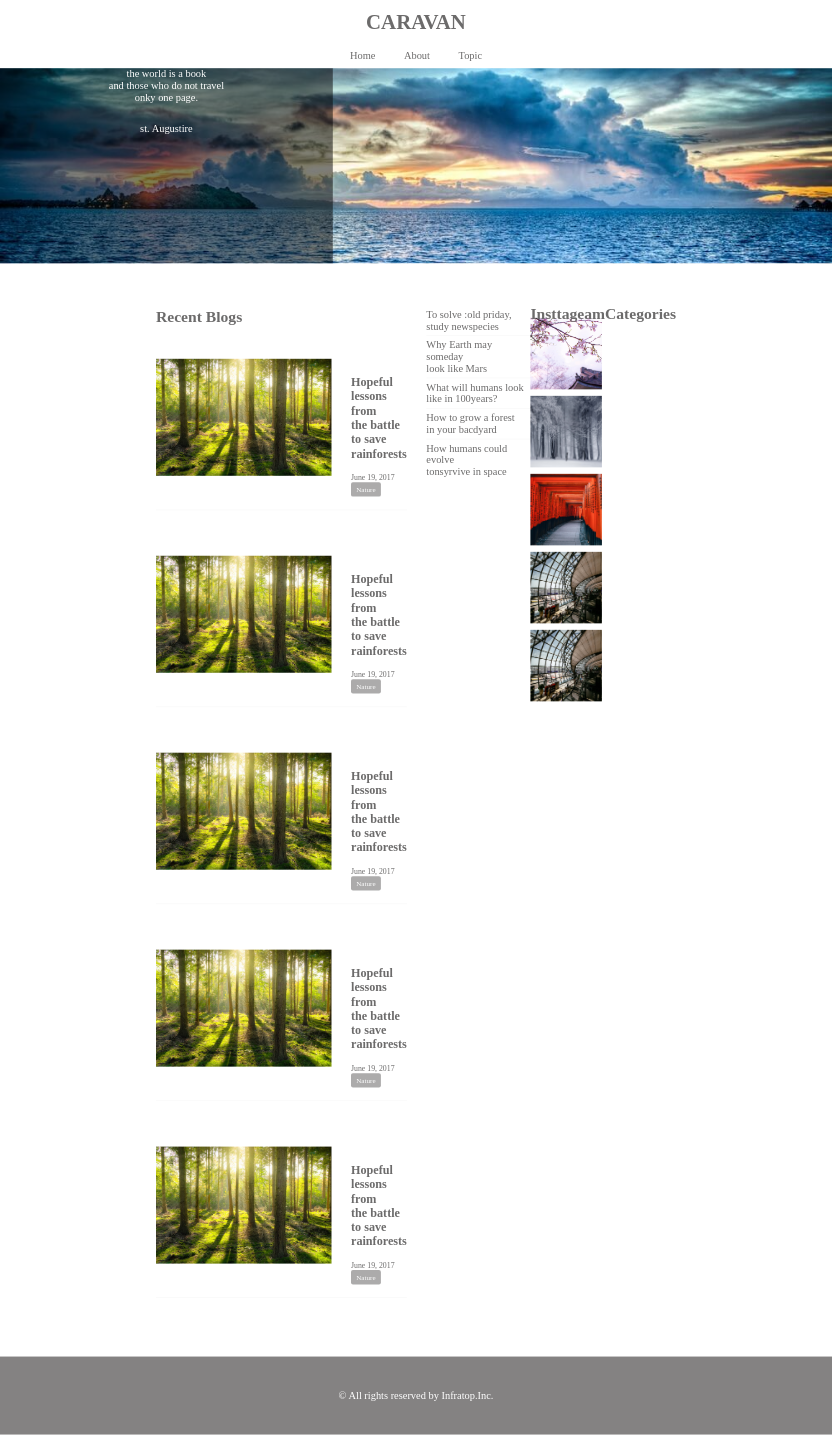
Repository: ishidaryu/ishidaryu
Page: caravan/index.html
The author's editor kept a record of every edit. The page is drawn from the files as they stood at one moment, then again after the next edit.
The browser window is 1280 px wide. The pictures show the whole page, at 65% of full size.

Above is the page before.

After the next edit:
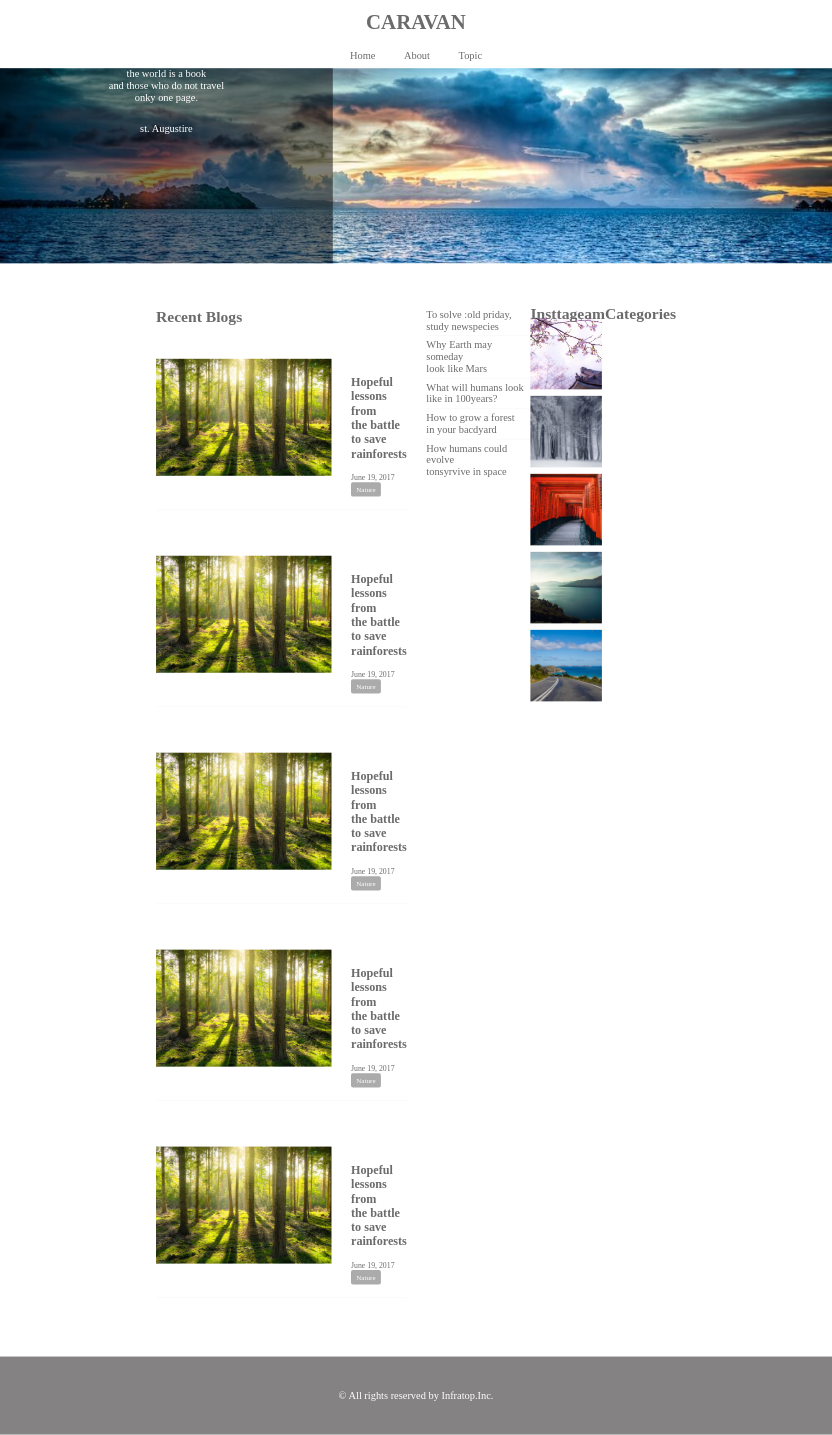
The edit:
--- a/caravan/style.css
+++ b/caravan/style.css
@@ -170,10 +170,10 @@
   background-image: url(img/japan2.jpg);
 }
 .instagram-box:nth-child(5) {
-  background-image: url(img/airport.jpg);
+  background-image: url(img/lake.jpg);
 }
 .instagram-box:nth-child(6) {
-  background-image: url(img/airport.jpg);
+  background-image: url(img/road.jpg);
 }
 footer {
   width: 100%;
